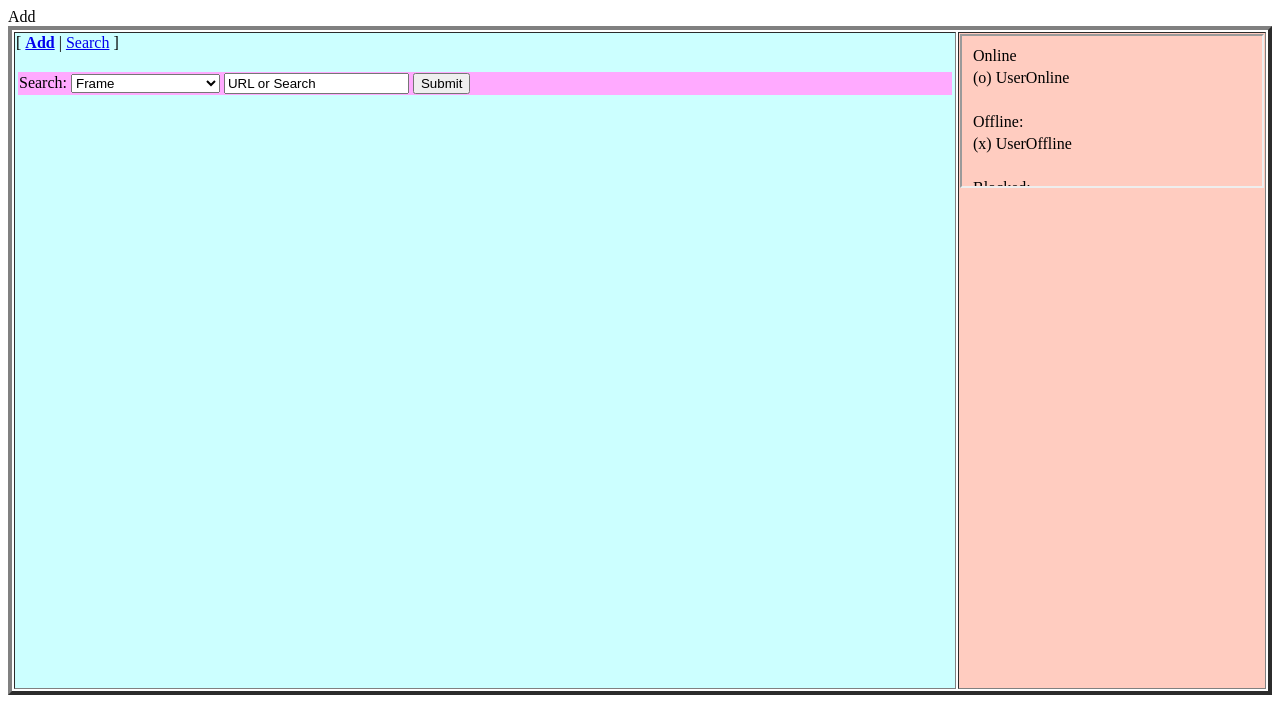
Repository: nevinleiby/SwapRC
Page: add_interface.html
The author's editor kept a copy of each file at every save. The page is drawn from the files as they stood at one save, then again after the next save.
The browser window is 1280 px wide. The pictures show the whole page.

Above is the page before, as saved 2019-09-08 01:58:36.

After the next save:
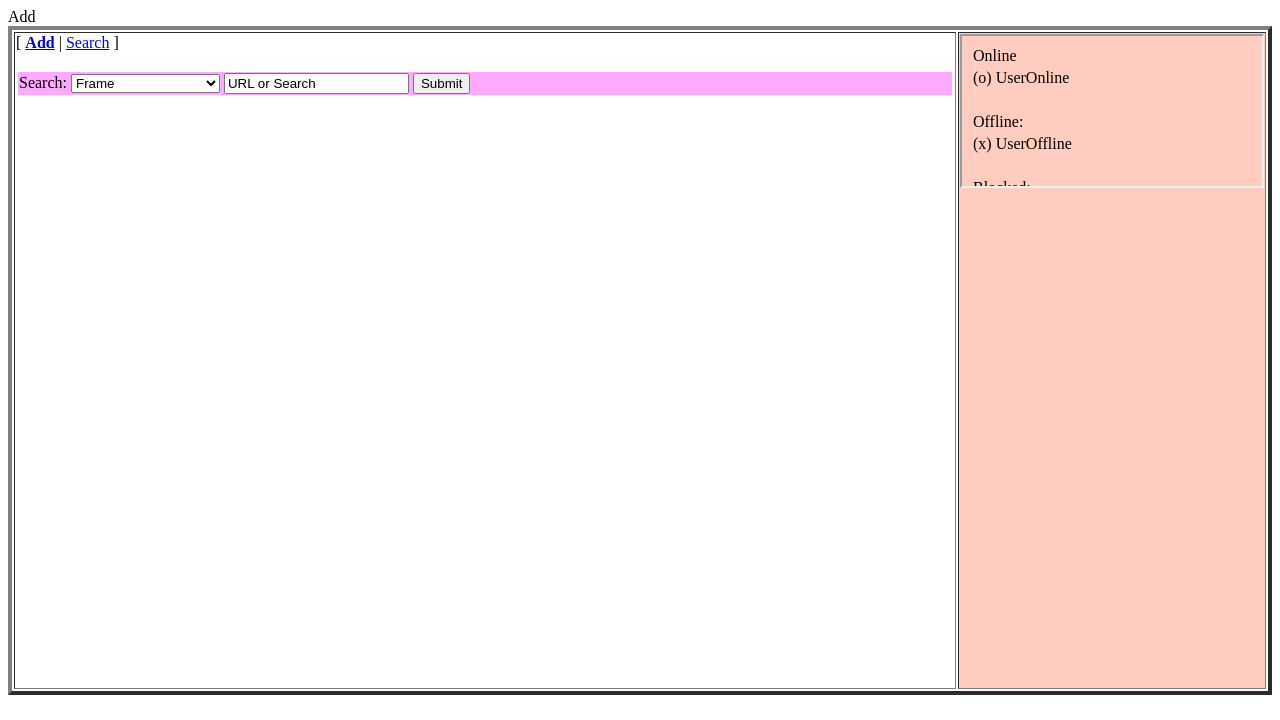
Saved 61 s later.
--- a/add_interface.html
+++ b/add_interface.html
@@ -7,7 +7,7 @@
             <br>
             <table border=4 width=100% height=95%>
                 <tr border=4 height=95%>
-                    <td width = 80% border=2 bgcolor="#ccffff" valign=top height=95%>
+                    <td width = 80% border=2 bgcolor="#ffffff" valign=top height=95%>
                         [
                         <b><a href="./add_interface.html">Add</a></b> |
                         <a href="./search_interface.html">Search</a>

After the save that followed:
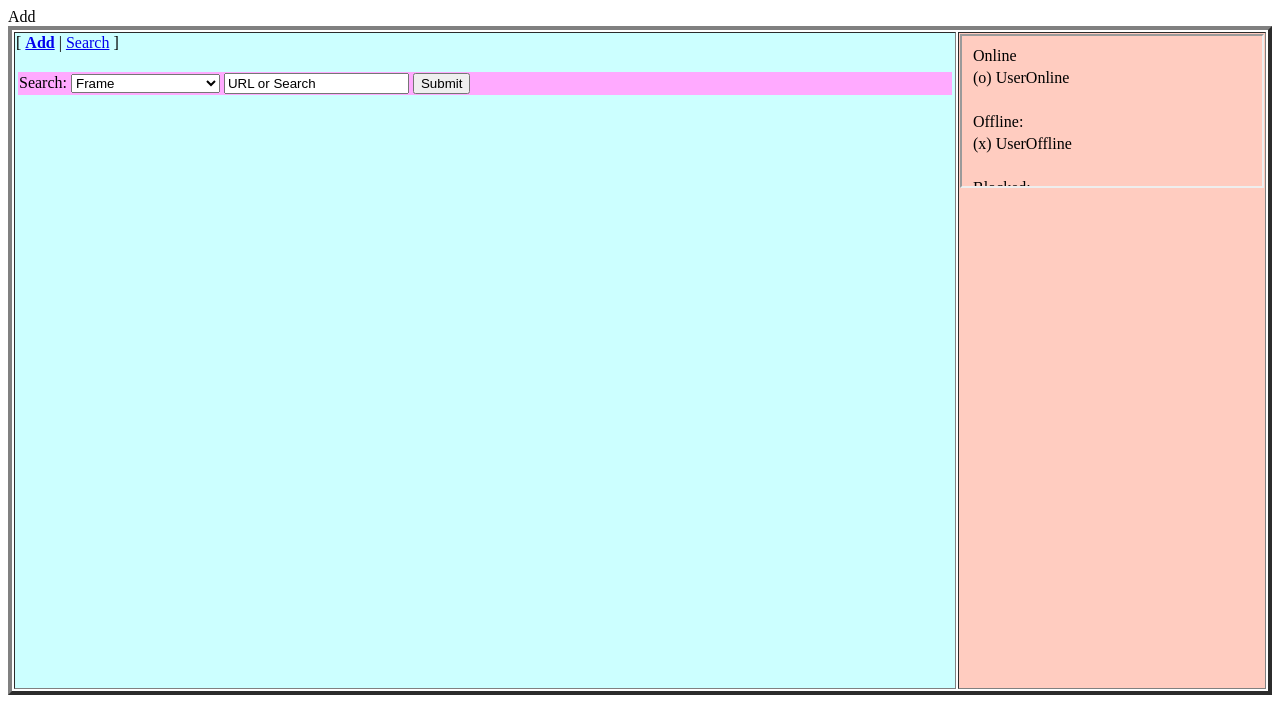
Saved 10 s later.
--- a/add_interface.html
+++ b/add_interface.html
@@ -7,7 +7,7 @@
             <br>
             <table border=4 width=100% height=95%>
                 <tr border=4 height=95%>
-                    <td width = 80% border=2 bgcolor="#ffffff" valign=top height=95%>
+                    <td width = 80% border=2 bgcolor="#ccffff" valign=top height=95%>
                         [
                         <b><a href="./add_interface.html">Add</a></b> |
                         <a href="./search_interface.html">Search</a>
